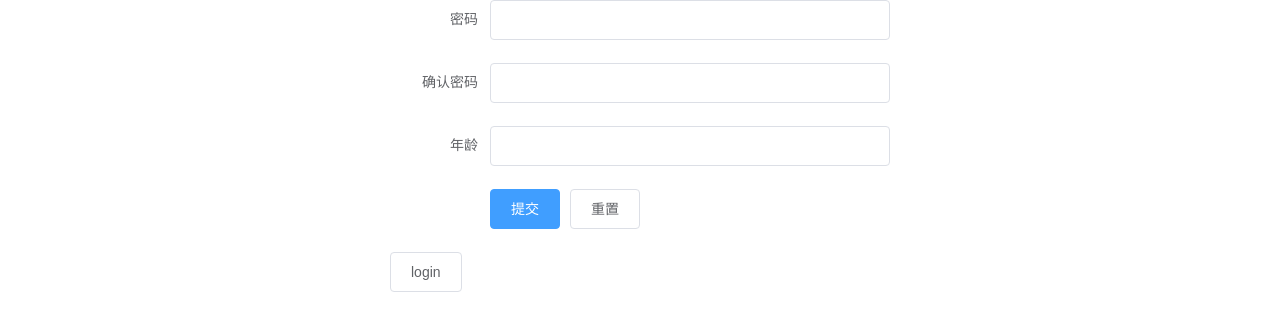
Repository: yuyiyong/study.vue
Page: /#/login
The author's editor kept a copy of each file at every save. The page is drawn from the files as they stood at one save, then again after the next save.
The browser window is 1280 px wide. The pictures show the whole page.
The project was rebuilt for these pictures with package versions that can differ from the ones it lists, and the page was loaded fresh each time. Also part of the build but not shown: src/pages/Layout/Menu/Menu.vue, src/pages/Main/Main.vue, src/pages/Containt/Containt1.vue, src/pages/Containt/Containt2.vue.

Above is the page before, as saved 2021-03-09 17:46:09.

### index.html
<!DOCTYPE html>
<html>
  <head>
    <meta charset="utf-8">
    <meta name="viewport" content="width=device-width,initial-scale=1.0">
    <title>element_test</title>
  </head>
  <body>
    <div id="app"></div>
    <!-- built files will be auto injected -->
  </body>
</html>

### src/main.js
/*
 * @Author: your name
 * @Date: 2021-03-08 17:56:46
 * @LastEditTime: 2021-03-09 14:18:59
 * @LastEditors: Please set LastEditors
 * @Description: In User Settings Edit
 * @FilePath: /element_test/src/main.js
 */
// The Vue build version to load with the `import` command
// (runtime-only or standalone) has been set in webpack.base.conf with an alias.
import Vue from 'vue'
import App from './App'
import router from './router'
import element from './element/index'
import 'element-ui/lib/theme-chalk/index.css'

Vue.config.productionTip = false
Vue.use(element)
/* eslint-disable no-new */
new Vue({
  el: '#app',
  router,
  components: { App },
  template: '<App/>'
})

### src/App.vue
<!--
 * @Author: your name
 * @Date: 2021-03-08 17:56:46
 * @LastEditTime: 2021-03-09 17:36:51
 * @LastEditors: yyy_dui
 * @Description: In User Settings Edit
 * @FilePath: /element_test/src/App.vue
-->
<template>
  <div id="app">
    <!-- <img src="./assets/logo.png"> -->
    <router-view/>
  </div>
</template>

<script>
export default {
  name: 'App'
}
</script>

<style>
html, body {
  margin: 0px !important;
  padding: 0px !important;
}
#app {
  /* font-family: 'Avenir', Helvetica, Arial, sans-serif;
  -webkit-font-smoothing: antialiased;
  -moz-osx-font-smoothing: grayscale;
  text-align: center;
  color: #2c3e50;
  margin-top: 60px; */
}
</style>

### src/router/index.js
/*
 * @LastEditors: yyy_dui
 * @LastEditTime: 2021-03-09 16:44:31
 * @FilePath: /element_test/src/router/index.js
 */

import Vue from 'vue'
import Router from 'vue-router'
// import HelloWorld from '@/components/HelloWorld'
import Main from '../pages/Main/Main.vue'
import Login from '../pages/Login/Login.vue'
import Containt1 from '../pages/Containt/Containt1.vue'
import Containt2 from '../pages/Containt/Containt2.vue'

Vue.use(Router)

export default new Router({
  routes: [
    {
      path: '/',
      name: 'Main',
      component: Main,
      children: [
        {
          path: '/containt1',
          component: Containt1
        },
        {
          path: '/containt2',
          component: Containt2
        }
      ]
    },
    {
      path: '/login',
      name: 'Login',
      // component: HelloWorld
      component: Login
    }
  ]
})

### src/element/index.js
/*
 * @Author: your name
 * @Date: 2021-03-08 18:29:00
 * @LastEditTime: 2021-03-09 14:24:49
 * @LastEditors: Please set LastEditors
 * @Description: In User Settings Edit
 * @FilePath: /element_test/src/element/index.js
 */
// 导入自己需要的组件
import {
  Pagination,
  Dialog,
  Autocomplete,
  Dropdown,
  DropdownMenu,
  DropdownItem,
  Menu,
  Submenu,
  MenuItem,
  MenuItemGroup,
  Input,
  InputNumber,
  Radio,
  RadioGroup,
  RadioButton,
  Checkbox,
  CheckboxButton,
  CheckboxGroup,
  Switch,
  Select,
  Option,
  OptionGroup,
  Button,
  ButtonGroup,
  Table,
  TableColumn,
  DatePicker,
  TimeSelect,
  TimePicker,
  Popover,
  Tooltip,
  Breadcrumb,
  BreadcrumbItem,
  Form,
  FormItem,
  Tabs,
  TabPane,
  Tag,
  Tree,
  Alert,
  Slider,
  Icon,
  Row,
  Col,
  Upload,
  Progress,
  Spinner,
  Badge,
  Card,
  Rate,
  Steps,
  Step,
  Carousel,
  CarouselItem,
  Collapse,
  CollapseItem,
  Cascader,
  ColorPicker,
  Transfer,
  Container,
  Header,
  Aside,
  Main,
  Footer,
  Timeline,
  TimelineItem,
  Link,
  Divider,
  Image,
  Calendar,
  Backtop,
  PageHeader,
  CascaderPanel,
  Loading,
  MessageBox,
  Message,
  Notification
} from 'element-ui'
// import 'element-ui/lib/theme-chalk/index.css'

const element = {
  install: function (Vue) {
    Vue.use(Pagination)
    Vue.use(Dialog)
    Vue.use(Autocomplete)
    Vue.use(Dropdown)
    Vue.use(DropdownMenu)
    Vue.use(DropdownItem)
    Vue.use(Menu)
    Vue.use(Submenu)
    Vue.use(MenuItem)
    Vue.use(MenuItemGroup)
    Vue.use(Input)
    Vue.use(InputNumber)
    Vue.use(Radio)
    Vue.use(RadioGroup)
    Vue.use(RadioButton)
    Vue.use(Checkbox)
    Vue.use(CheckboxButton)
    Vue.use(CheckboxGroup)
    Vue.use(Switch)
    Vue.use(Select)
    Vue.use(Option)
    Vue.use(OptionGroup)
    Vue.use(Button)
    Vue.use(ButtonGroup)
    Vue.use(Table)
    Vue.use(TableColumn)
    Vue.use(DatePicker)
    Vue.use(TimeSelect)
    Vue.use(TimePicker)
    Vue.use(Popover)
    Vue.use(Tooltip)
    Vue.use(Breadcrumb)
    Vue.use(BreadcrumbItem)
    Vue.use(Form)
    Vue.use(FormItem)
    Vue.use(Tabs)
    Vue.use(TabPane)
    Vue.use(Tag)
    Vue.use(Tree)
    Vue.use(Alert)
    Vue.use(Slider)
    Vue.use(Icon)
    Vue.use(Row)
    Vue.use(Col)
    Vue.use(Upload)
    Vue.use(Progress)
    Vue.use(Spinner)
    Vue.use(Badge)
    Vue.use(Card)
    Vue.use(Rate)
    Vue.use(Steps)
    Vue.use(Step)
    Vue.use(Carousel)
    Vue.use(CarouselItem)
    Vue.use(Collapse)
    Vue.use(CollapseItem)
    Vue.use(Cascader)
    Vue.use(ColorPicker)
    Vue.use(Transfer)
    Vue.use(Container)
    Vue.use(Header)
    Vue.use(Aside)
    Vue.use(Main)
    Vue.use(Footer)
    Vue.use(Timeline)
    Vue.use(TimelineItem)
    Vue.use(Link)
    Vue.use(Divider)
    Vue.use(Image)
    Vue.use(Calendar)
    Vue.use(Backtop)
    Vue.use(PageHeader)
    Vue.use(CascaderPanel)

    Vue.use(Loading.directive)

    Vue.prototype.$loading = Loading.service
    Vue.prototype.$msgbox = MessageBox
    Vue.prototype.$alert = MessageBox.alert
    Vue.prototype.$confirm = MessageBox.confirm
    Vue.prototype.$prompt = MessageBox.prompt
    Vue.prototype.$notify = Notification
    Vue.prototype.$message = Message
  }
}
export default element

### src/pages/Login/Login.vue
<!--
 * @LastEditors: yyy_dui
 * @LastEditTime: 2021-03-09 17:46:09
 * @FilePath: /element_test/src/pages/Login/Login.vue
-->
<template>
  <div class="wrap">
    <el-form
      :model="ruleForm"
      status-icon
      :rules="rules"
      ref="ruleForm"
      label-width="100px"
      class="demo-ruleForm"
    >
      <el-form-item label="密码" prop="pass">
        <el-input
          type="password"
          v-model="ruleForm.pass"
          autocomplete="off"
        ></el-input>
      </el-form-item>
      <el-form-item label="确认密码" prop="checkPass">
        <el-input
          type="password"
          v-model="ruleForm.checkPass"
          autocomplete="off"
        ></el-input>
      </el-form-item>
      <el-form-item label="年龄" prop="age">
        <el-input v-model.number="ruleForm.age"></el-input>
      </el-form-item>
      <el-form-item>
        <el-button type="primary" @click="submitForm('ruleForm')"
          >提交</el-button
        >
        <el-button @click="resetForm('ruleForm')">重置</el-button>
      </el-form-item>
    </el-form>
    <el-button @click="handleLogin">login</el-button>
  </div>
</template>

<script>
export default {
  name: 'Login',
  methods: {
    handleLogin () {
      console.log('aaaaa')
      this.$router.push({ path: '/containt1' })
    },
    submitForm (formName) {
      this.$refs[formName].validate(valid => {
        if (valid) {
          alert('submit!')
        } else {
          console.log('error submit!!')
          return false
        }
      })
    },
    resetForm (formName) {
      this.$refs[formName].resetFields()
    }
  },
  data () {
    var checkAge = (rule, value, callback) => {
      if (!value) {
        return callback(new Error('年龄不能为空'))
      }
      setTimeout(() => {
        if (!Number.isInteger(value)) {
          callback(new Error('请输入数字值'))
        } else {
          if (value < 18) {
            callback(new Error('必须年满18岁'))
          } else {
            callback()
          }
        }
      }, 1000)
    }
    var validatePass = (rule, value, callback) => {
      if (value === '') {
        callback(new Error('请输入密码'))
      } else {
        if (this.ruleForm.checkPass !== '') {
          this.$refs.ruleForm.validateField('checkPass')
        }
        callback()
      }
    }
    var validatePass2 = (rule, value, callback) => {
      if (value === '') {
        callback(new Error('请再次输入密码'))
      } else if (value !== this.ruleForm.pass) {
        callback(new Error('两次输入密码不一致!'))
      } else {
        callback()
      }
    }
    return {
      ruleForm: {
        pass: '',
        checkPass: '',
        age: ''
      },
      rules: {
        pass: [{ validator: validatePass, trigger: 'blur' }],
        checkPass: [{ validator: validatePass2, trigger: 'blur' }],
        age: [{ validator: checkAge, trigger: 'blur' }]
      },
      msg: 'login'
    }
  }
}
</script>

<style scoped>
.wrap {
  color: blue;
  width: 500px;
  margin: 0 auto;
  background: #fff;
}
</style>

After the next save:
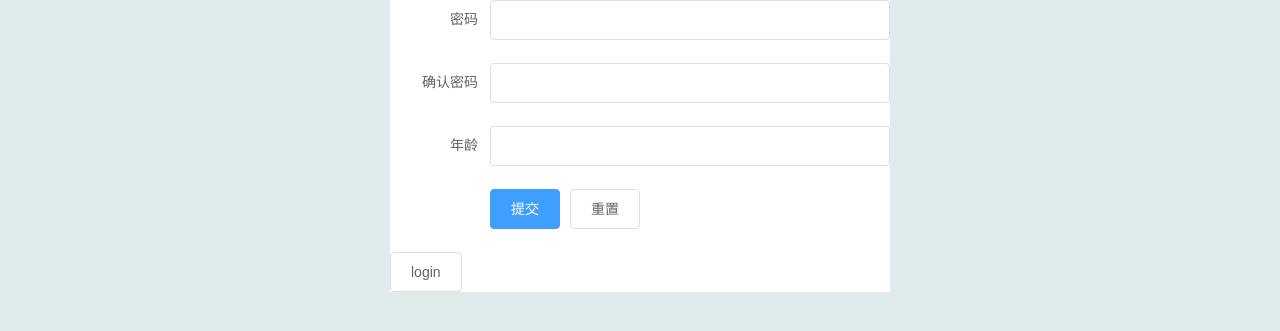
Saved 74 s later.
--- a/src/App.vue
+++ b/src/App.vue
@@ -1,7 +1,7 @@
 <!--
  * @Author: your name
  * @Date: 2021-03-08 17:56:46
- * @LastEditTime: 2021-03-09 17:36:51
+ * @LastEditTime: 2021-03-09 17:47:23
  * @LastEditors: yyy_dui
  * @Description: In User Settings Edit
  * @FilePath: /element_test/src/App.vue
@@ -23,6 +23,7 @@ export default {
 html, body {
   margin: 0px !important;
   padding: 0px !important;
+  background: rgb(224, 235, 235);
 }
 #app {
   /* font-family: 'Avenir', Helvetica, Arial, sans-serif;
